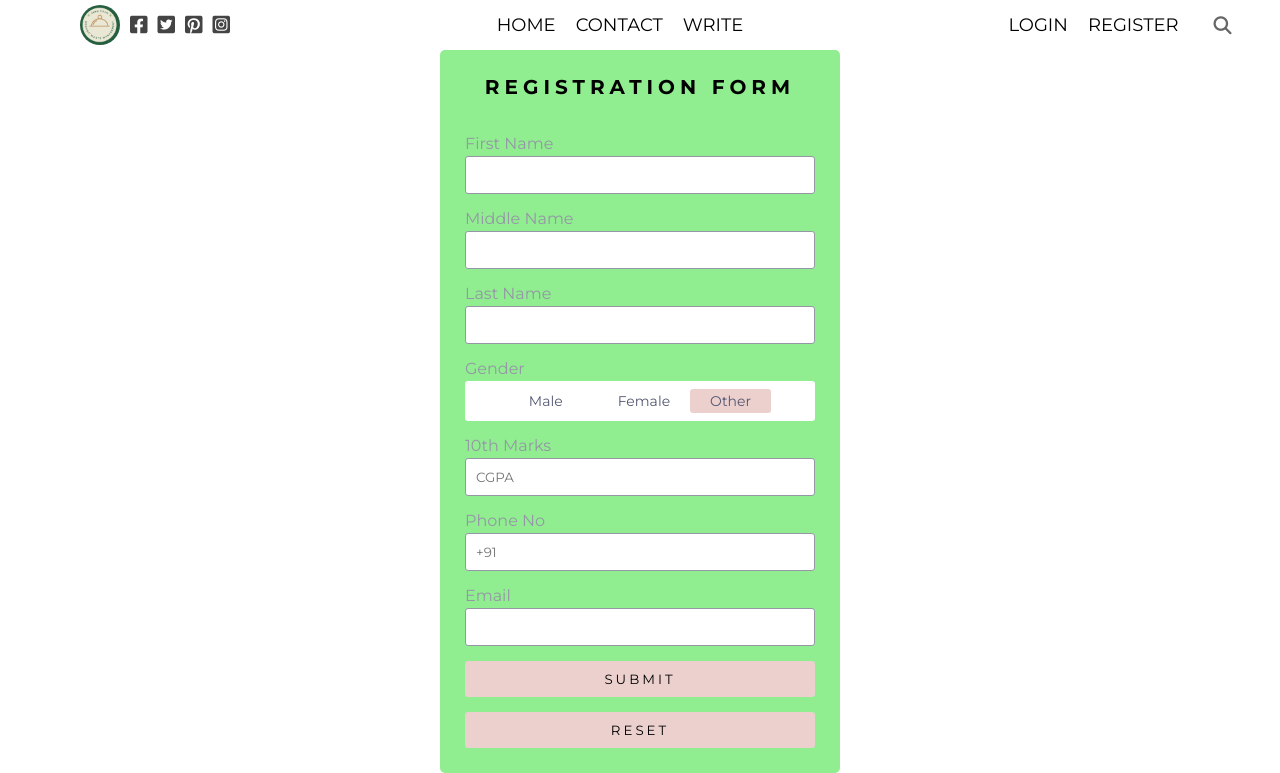
Repository: blsnabrhm/anna-daan
Page: /Contact (app in client/)
These files come from the project's save history. The page is drawn as it stood at one moment and after a run of saves; the edit follows.
The browser window is 1280 px wide. The pictures show the whole page.
Some web libraries are served in a nearby version. The project was rebuilt for these pictures with package versions that can differ from the ones it lists, and the page was loaded fresh each time. Also part of the build but not shown: client/src/components/header/header.css, client/src/components/header/Header.jsx, client/src/components/posts/posts.css, client/src/components/posts/Posts.jsx, client/src/components/sidebar/sidebar.css, client/src/components/sidebar/SideBar.jsx, client/src/pages/home/home.css, client/src/pages/home/Home.jsx and 13 more. Imported but missing from the stored project, and not drawn on this page: client/src/components/post/Post.

Above is the page before, as saved 2022-04-22 08:18:08.

### client/public/index.html
<!DOCTYPE html>
<html lang="en">
  <head>
    <meta charset="utf-8" />
    <link rel="icon" href="%PUBLIC_URL%/favicon.ico" />
    <meta name="viewport" content="width=device-width, initial-scale=1" />
    <meta name="theme-color" content="#000000" />
    <meta
      name="description"
      content="Web site created using create-react-app"
    />
    <link rel="preconnect" href="https://fonts.googleapis.com">
    <link rel="preconnect" href="https://fonts.gstatic.com" crossorigin>
    <link href="https://fonts.googleapis.com/css2?family=Josefin+Sans:wght@100;200;300;400;500;600;700&family=Lora:ital@0;1&family=Varela&family=Varela+Round&display=swap" rel="stylesheet">
    <link rel="stylesheet" href="https://cdnjs.cloudflare.com/ajax/libs/font-awesome/6.1.1/css/all.min.css" integrity="sha512-KfkfwYDsLkIlwQp6LFnl8zNdLGxu9YAA1QvwINks4PhcElQSvqcyVLLD9aMhXd13uQjoXtEKNosOWaZqXgel0g==" crossorigin="anonymous" referrerpolicy="no-referrer" />
    <style>*{
      margin: 0;
    }</style>
    <style>
      .link {
        text-decoration: none;
        color: inherit;
      }
    </style>
    <title>Anna Daan</title>
  </head>
  <body>
    <noscript>You need to enable JavaScript to run this app.</noscript>
    <div id="root"></div>

  </body>
</html>

### client/src/index.js
import React from 'react';
import ReactDOM from 'react-dom/client';
import App from './App';
import { ContextProvider } from './context/Context';

const root = ReactDOM.createRoot(document.getElementById('root'));
root.render(
  <React.StrictMode>
    <ContextProvider>
    <App />
    </ContextProvider>
  </React.StrictMode>
);

### client/src/App.js
import Home from "./pages/home/Home";
import TopBar from "./components/topbar/TopBar";
import Single from "./pages/single/Single";
import Write from "./pages/write/Write";
import Settings from "./pages/settings/Settings";
import Login from "./pages/login/Login";
import Register from "./pages/register/Register";
import Contact from "./pages/contact/Contact";
import { BrowserRouter as Router, Switch, Route, Link } from "react-router-dom";
import { useContext } from "react";
import { Context } from "./context/Context";

function App() {
  const { user } = useContext(Context);
  return (
    <Router>
      <TopBar />
      <Switch>
        <Route exact path="/">
          <Home />
        </Route>
        <Route path="/register">{user ? <Home /> : <Register />}</Route>
        <Route path="/login">{user ? <Home /> : <Login />}</Route>
        <Route path="/Contact">{user ? <Contact />: <Contact/> }</Route>
        <Route path="/write">{user ? <Write /> : <Register />}</Route>
        <Route path="/settings">{user ? <Settings /> : <Register />}</Route>
        <Route path="/post/:postId">
          <Single />
        </Route>
      </Switch>
    </Router>
  );
}

export default App;

### client/src/context/Context.js
import { createContext, useEffect, useReducer } from "react";
import Reducer from "./Reducer";

const INITIAL_STATE = {
  user: JSON.parse(localStorage.getItem("user")) || null,
  isFetching: false,
  error: false,
};

export const Context = createContext(INITIAL_STATE);

export const ContextProvider = ({ children }) => {
  const [state, dispatch] = useReducer(Reducer, INITIAL_STATE);

  useEffect(() => {
    localStorage.setItem("user", JSON.stringify(state.user));
  }, [state.user]);

  return (
    <Context.Provider
      value={{
        user: state.user,
        isFetching: state.isFetching,
        error: state.error,
        dispatch,
      }}
    >
      {children}
    </Context.Provider>
  );
};

### client/src/components/topbar/TopBar.jsx
import { useContext } from "react";
import { Link } from "react-router-dom";
import { Context } from "../../context/Context";
import "./topbar.css";

export default function TopBar() {
  const { user, dispatch } = useContext(Context);
  const PF = "http://localhost:3000/images/"

  const handleLogout = () => {
    dispatch({ type: "LOGOUT" });
  };
  return (
    <div className="top">
      <div className="topLeft">
        <img className="topImg topLogo" src={require('../../assets/Anna_Daan.png')} alt="" />
        <i className="topIcon fab fa-facebook-square"></i>
        <i className="topIcon fab fa-twitter-square"></i>
        <i className="topIcon fab fa-pinterest-square"></i>
        <i className="topIcon fab fa-instagram-square"></i>
      </div>
      <div className="topCenter">
        <ul className="topList">
          <li className="topListItem">
            <Link className="link" to="/" >
              HOME
            </Link>
          </li>
          <li className="topListItem">
            <Link className="link" to="/contact" >
              CONTACT
            </Link>
          </li>
          <li className="topListItem">
            <Link className="link" to="/write">
              WRITE
            </Link>
          </li>
          <li className="topListItem" onClick={handleLogout}>
            {user && "LOGOUT"}
          </li>
        </ul>
      </div>
      <div className="topRight">
        {user ? (
          <Link to="/settings">
            <img className="topImg" src={PF+user.profilePic} alt="" />
          </Link>
        ) : (
          <ul className="topList">
            <li className="topListItem">
              <Link className="link" to="/login" >
                LOGIN
              </Link>
            </li>
            <li className="topListItem">
              <Link className="link" to="/register">
                REGISTER
              </Link>
            </li>
          </ul>
        )}
        <i className="topSearchIcon fas fa-search"></i>
      </div>
    </div>
  );
}

### client/src/pages/contact/Contact.jsx
import './contact.css'
import axios from "axios";
export default function Contact() {
    return (
    <div className='contact'>
        <div class="registration_form">
		<div class="title">
			Registration Form
		</div>

		<form>
			<div class="form_wrap">
        <div class="input_wrap">
					<label for="fname">First Name</label>
					<input type="text" id="email"/>
				</div>
        <div class="input_wrap">
					<label for="mname">Middle Name</label>
					<input type="text" id="email"/>
				</div>
				<div class="input_wrap">
					<label for="lname">Last Name</label>
					<input type="text" id="email"/>
				</div>
				<div class="input_wrap">
					<label>Gender</label>
					<ul>
						<li>
							<label class="radio_wrap">
								<input type="radio" name="gender" value="male" class="input_radio" checked/>
								<span>Male</span>
							</label>
						</li>
						<li>
							<label class="radio_wrap">
								<input type="radio" name="gender" value="female" class="input_radio"/>
								<span>Female</span>
							</label>
						</li>
            <li>
							<label class="radio_wrap">
								<input type="radio" name="gender" value="male" class="input_radio" checked/>
								<span>Other</span>
							</label>
						</li>
					</ul>
				</div>
        <div class="input_wrap">
            <label for="marks">10th Marks</label>
            <input type="number" id="marks" placeholder="CGPA" min="0" max="100"/>
        </div>
				<div class="input_wrap">
					<label for="city">Phone No</label>
					<input type="tel" id="city" placeholder="+91"/>
				</div>
				<div class="input_wrap">
					<label for="country">Email</label>
					<input type="text" id="country"/>
				</div>
				<div class="input_wrap">
					<input type="submit" value="Submit" class="submit_btn"/>
				</div>
        <div class="input_wrap">
					<input type="submit" value="Reset" class="submit_btn"/>
				</div>
			</div>
		</form>
	</div>
    </div>
    )
}

### client/src/context/Reducer.js
const Reducer = (state, action) => {
  switch (action.type) {
    case "LOGIN_START":
      return {
        user: null,
        isFetching: true,
        error: false,
      };
    case "LOGIN_SUCCESS":
      return {
        user: action.payload,
        isFetching: false,
        error: false,
      };
    case "LOGIN_FAILURE":
      return {
        user: null,
        isFetching: false,
        error: true,
      };
      case "UPDATE_START":
        return {
          ...state,
          isFetching:true
        };
      case "UPDATE_SUCCESS":
        return {
          user: action.payload,
          isFetching: false,
          error: false,
        };
      case "UPDATE_FAILURE":
        return {
          user: state.user,
          isFetching: false,
          error: true,
        };
    case "LOGOUT":
      return {
        user: null,
        isFetching: false,
        error: false,
      };
    default:
      return state;
  }
};

export default Reducer;

### client/src/components/topbar/topbar.css
.top {
    width: 100%;
    height: 50px;
    background-color: white;
    position: sticky;
    top: 0;
    display: flex;
    align-items: center;
    font-family: "Josefin Sans", sans-serif;
    z-index: 999;
  }

  .topLeft,
  .topRight {
    flex: 3;
    display: flex;
    align-items: center;
    justify-content: center;
  }

  .topCenter {
    flex: 6;
  }

  .topLogo {
    margin-right: 10px;
  }

  .topIcon {
    font-size: 20px;
    margin-right: 10px;
    color: #444;
    cursor: pointer;
  }

  .topImg {
    width: 40px;
    height: 40px;
    border-radius: 50%;
    object-fit: cover;
    cursor: pointer;
  }

  .topList {
    display: flex;
    justify-content: center;
    margin: 0;
    padding: 0;
    list-style: none;
  }

  .topListItem {
    margin-right: 20px;
    font-size: 18px;
    font-weight: 300;
    cursor: pointer;
  }

  .topSearchIcon {
    font-size: 18px;
    color: #666;
    cursor: pointer;
    margin-left: 15px;
  }

### client/src/pages/contact/contact.css
@import url('https://fonts.googleapis.com/css2?family=Montserrat:wght@400;700&display=swap');

*{
	margin: 0;
	padding: 0;
	box-sizing: border-box;
	list-style: none;
	font-family: 'Montserrat', sans-serif;
}

.contact {
    display: flex;
    align-items: center;
    justify-content: center;
}

.wrapper{
	min-height: 100vh;
	display: flex;
	justify-content: center;
	align-items: center;
}

.registration_form{
	background: lightgreen;
	padding: 25px;
	border-radius: 5px;
	width: 400px;
}

.registration_form .title{
	text-align: center;
	font-size: 20px;
	text-transform: uppercase;
	color: #000000;
	letter-spacing: 5px;
	font-weight: 700;
}

.form_wrap{
	margin-top: 35px;
}

.form_wrap .input_wrap{
	margin-bottom: 15px;
}

.form_wrap .input_wrap:last-child{
	margin-bottom: 0;
}

.form_wrap .input_wrap label{
	display: block;
	margin-bottom: 3px;
	color: #9597a6;
}
.form_wrap .input_grp  input[type="text"] ,input[type="number"]{
	width: 165px;
}

.form_wrap  input[type="text"], input[type="number"], input[type="tel"]{
	width: 100%;
	border-radius: 3px;
	border: 1px solid #9597a6;
	padding: 10px;
	outline: none;
}

.form_wrap  input[type="text"]:focus{
	border-color: #ebd0ce;
}

.form_wrap ul{
	background: #fff;
	padding: 8px 10px;
	border-radius: 3px;
	display: flex;
	justify-content: center;
}

.form_wrap ul li:first-child{
	margin-right: 15px;
}
.form_wrap ul .radio_wrap{
	position: relative;
	margin-bottom: 0;
}

.form_wrap ul .radio_wrap .input_radio{
	position: absolute;
	top: 0;
	right: 0;
	opacity: 0;
}

.form_wrap ul .radio_wrap span{
	display: inline-block;
	font-size: 14px;
	padding: 3px 20px;
	border-radius: 3px;
	color: #545871;
}

.form_wrap .input_radio:checked ~ span{
	background: #ebd0ce;
}

.form_wrap .submit_btn{
	width: 100%;
	background: #ebd0ce;
	padding: 10px;
	border: 0;
	border-radius: 3px;
	text-transform: uppercase;
	letter-spacing: 3px;
	cursor: pointer;
}

.form_wrap .submit_btn:hover{
	background: #ffd5d2;
}

After the next 2 saves:
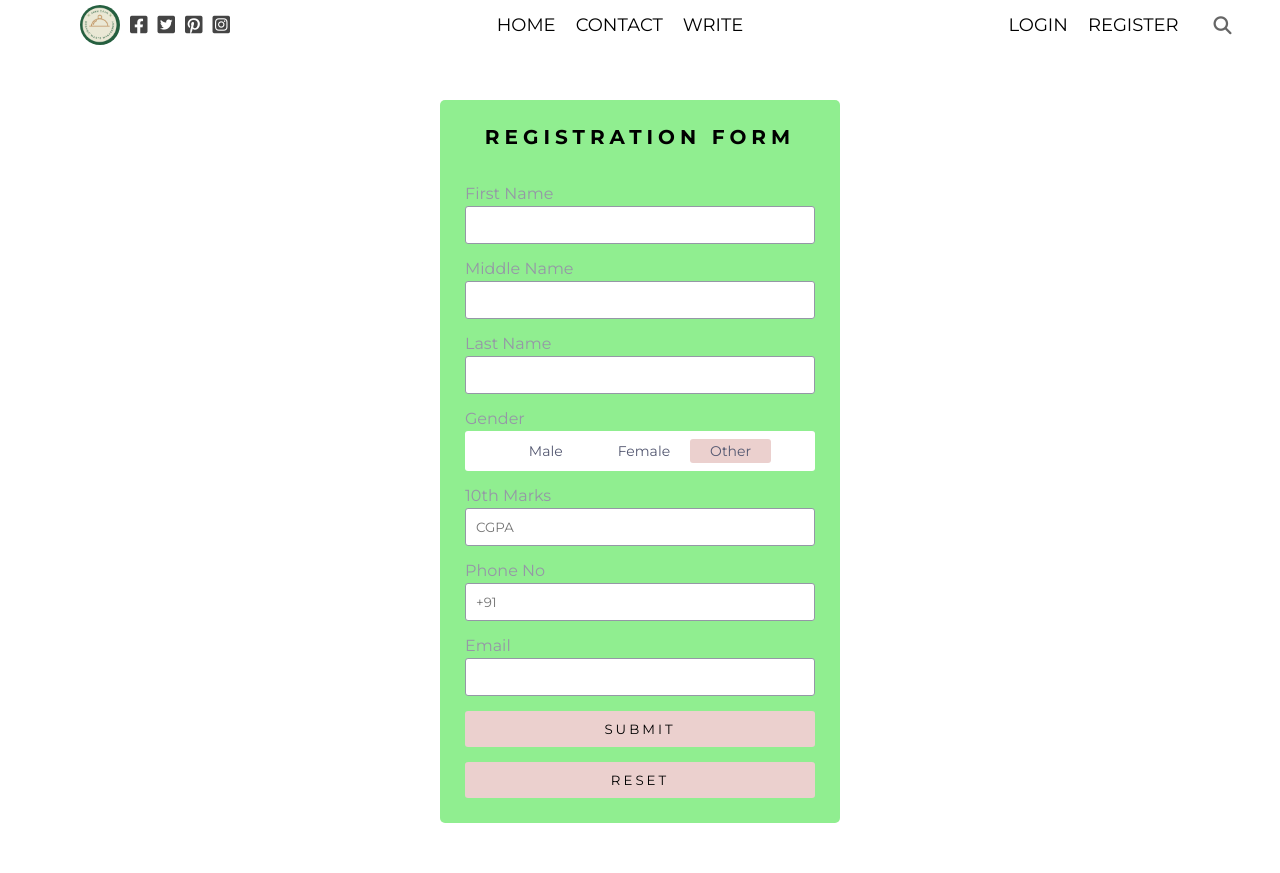
The 2 saves are shown as one change because they came seconds apart.
The last was saved 15 s later.
--- a/client/src/pages/contact/contact.css
+++ b/client/src/pages/contact/contact.css
@@ -12,6 +12,7 @@
     display: flex;
     align-items: center;
     justify-content: center;
+    margin: 50px 0;
 }
 
 .wrapper{
